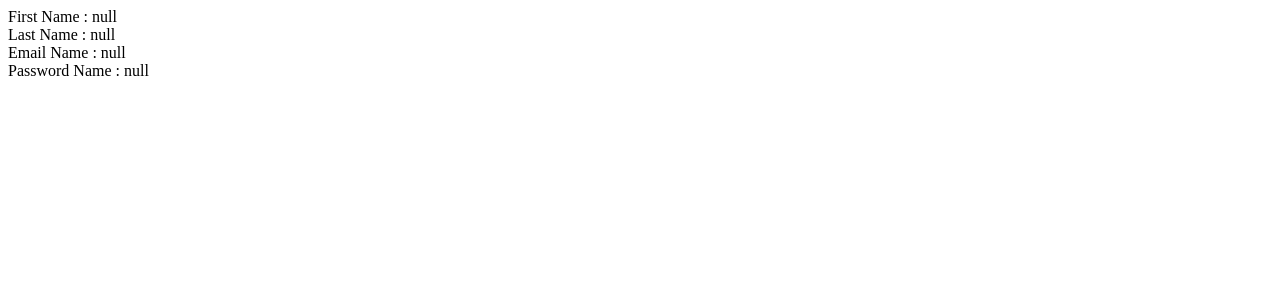
Repository: RamJangid/AdvanceJavaDone
Page: http://localhost/FlyAway/showFlight.jsp
An editor plug-in stored every save of this project. The page is shown before and after the next save, followed by the edit.
The browser window is 1280 px wide. The pictures show the whole page.
The page is served by Tomcat 9. The template is opened directly, without the code that normally fills it, so the values that code supplies are empty.

Above is the page before, as saved 2022-09-19 11:18:12.

After the next save:
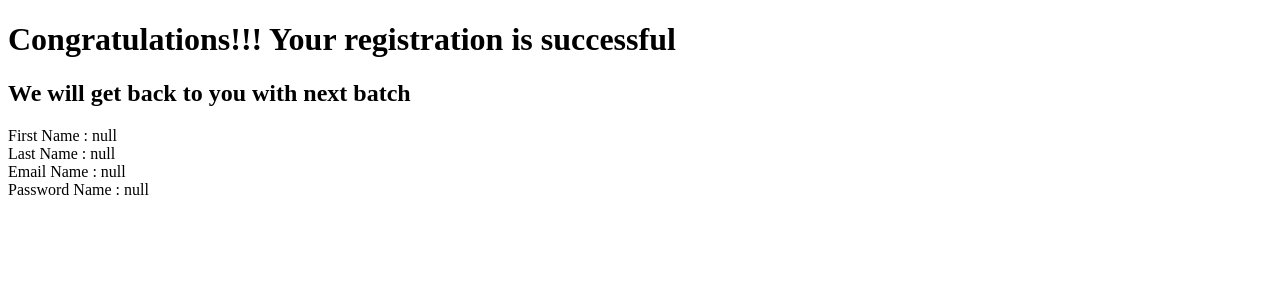
Saved 77 s later.
--- a/FlyAway/src/main/webapp/showFlight.jsp
+++ b/FlyAway/src/main/webapp/showFlight.jsp
@@ -7,6 +7,8 @@
 <title>Show data</title>
 </head>
 <body>
+		<h1>Congratulations!!! Your registration is successful</h1>
+		<h2>We will get back to you with next batch</h2>
 		First Name : <%= request.getAttribute("FName") %>
 		<br>
 		Last Name : <%= request.getAttribute("LName") %>
